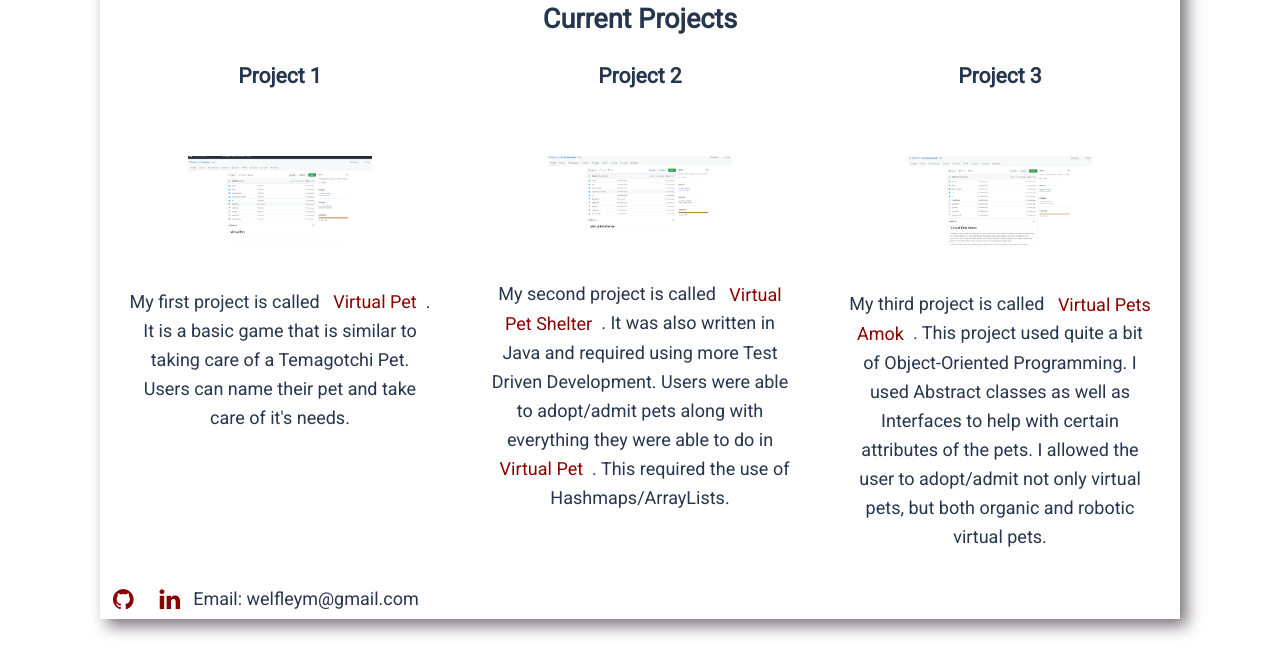
Repository: Matt1218/Matt1218.github.io
Page: index.html
An editor plug-in stored every save of this project. The page is shown before and after a run of saves, followed by the edit.
The browser window is 1280 px wide. The pictures show the part of the page from y = 565 to 1220 px (the page is 1220 px tall).
A picture or video elsewhere on the page could not be fetched, so the positions and the page height are approximate.

Above is the page before, as saved 2022-03-21 14:08:24.

### index.html
<!DOCTYPE html>
<html lang="en">

<head>
    <meta charset="UTF-8">
    <meta http-equiv="X-UA-Compatible" content="IE=edge">
    <meta name="viewport" content="width=device-width, initial-scale=1.0">
    <link rel="stylesheet" href="https://cdnjs.cloudflare.com/ajax/libs/font-awesome/4.7.0/css/font-awesome.min.css">
    <link rel="stylesheet" href="style.css">
    <title>Matt's Portfolio</title>
</head>

<body>
    <div class="container">
        <header class="page-header">
            <h1 id="header-logo">Matt Welfley</h1>
            <ul class="header-nav">
                <li>
                    <nav class="header-nav-item"><a href="#profile">About Me</a></nav>
                </li>
                <li>
                    <nav class="header-nav-item"><a href="#projects">Projects</a></nav>
                </li>
            </ul>
        </header>
        <section id="profile">

            <figure id="profile-image">
                <img src="./assets/Headshot (2).jpg" alt="A profile picture of me">
            </figure>
            <article class="bio">
                <h2>About Me:</h2>
                <p>I graduated from Kent State University with a Bachelor's of Arts Degree in Organizational
                    Communication. I enjoy backpacking, climbing, disc golf, and writing clean, functional code. I am
                    currently
                    based in Kent, Ohio. </p>
                <section class="skills">
                    <h2>Technical Skills:</h2>
                    <ul>
                        <li>Java</li>
                        <li>HTML</li>
                        <li>CSS</li>
                        <li>JavaScript</li>
                        <li>MVC</li>
                        <li>Spring</li>
                        <li>Thymeleaf</li>
                        <li>Object Oriented Programming</li>
                    </ul>
                </section>

            </article>

        </section>

        <h2 id="projects-title">Current Projects</h2>
        <section id="projects">
            <article class="projects-column">
                <h3 class="projects-column-title">Project 1</h3>
                <figure class="projects-column-figure">
                    <img src="./assets/VIrtualPetScreenshot.png" alt="VirtualPetScreenshot" class="projects-image-1">
                    <p>My first project is called <a href="https://github.com/Matt1218/VirtualPet">Virtual Pet</a>. It
                        is a
                        basic game that is similar to taking care of a Temagotchi Pet. Users can name their pet and take
                        care of it's needs.</p>
                </figure>
            </article>

            <article class="projects-column">
                <h3 class="projects-column-title">Project 2</h3>
                <figure class="projects-column-figure">
                    <img src="./assets/VirtualPetShelterScreenshot.png" alt="VirtualPetShelterScreenshot"
                        class="projects-image-2">
                    <p>My second project is called <a href="https://github.com/Matt1218/VirtualPetShelter">Virtual Pet
                            Shelter</a>. It was also written in Java and required using more Test Driven Development.
                        Users
                        were able to adopt/admit pets along with everything they were able to do in <a
                            href="https://github.com/Matt1218/VirtualPet">Virtual Pet</a>. This required the use of
                        Hashmaps/ArrayLists.</p>
                </figure>
            </article>
            <article class="projects-column">
                <h3 class="projects-column-title">Project 3</h3>
                <figure class="projects-column-figure">
                    <img src="./assets/VirtualPetsAmokScreenshot.png" alt="VirtualPetsAmokScreenshot"
                        class="projects-image-3">
                    <p>My third project is called <a href="https://github.com/Matt1218/VirtualPetsAmok">Virtual Pets
                            Amok</a>. This project used quite a bit of Object-Oriented Programming. I used Abstract
                        classes
                        as well as Interfaces to help with certain attributes of the pets. I allowed the user to
                        adopt/admit
                        not only virtual pets, but both organic and robotic virtual pets.</p>
                </figure>
            </article>
        </section>

        <footer id="footer">
            <a href="https://github.com/Matt1218" class="fa fa-github"></a>
            <a href="https://www.linkedin.com/in/matt-welfley" class="fa fa-linkedin"></a>
            <span>Email: welfleym@gmail.com</span>
        </footer>
    </div>
</body>

</html>

### style.css
@import url('https://fonts.googleapis.com/css2?family=Roboto');

* {
    box-sizing: border-box;
    margin: 0;
    padding: 0;
}

html {
    color: rgb(38, 54, 78);
    font: 18px/1.618 sans-serif;
    font-family: 'Roboto', sans-serif;
}

a {
    color: darkred;
    padding: .25rem .5rem;
    text-decoration: none;
}

.container {
    background-color: white;
    margin: 2rem auto;
    max-width: 60rem;
    width: 90%;
    -webkit-box-shadow: 7px 7px 15px 0px rgba(122, 115, 122, 1);
    -moz-box-shadow: 7px 7px 15px 0px rgba(122, 115, 122, 1);
    box-shadow: 7px 7px 15px 0px rgba(122, 115, 122, 1);
}

.page-header {
    display: flex;
    align-items: center;
    justify-content: space-between;
}

#header-logo {
    margin-left: 1.5rem;
    font-style: bold;
}

.header-nav {
    display: flex;
    list-style-type: none;
}

.header-nav-item {
    list-style-type: none;
    margin: 1rem;
}

.header-nav-item:hover {
    background-color: grey;
    border: .5px solid rgb(38, 54, 78);
    border-radius: .5rem;
    transition: .5s;
}

#profile {
    display: flex;
    justify-content: space-between;
}

#profile img {
    width: 70%;
    margin: 1rem;
    height: auto;
    border-radius: 5px;

}

#projects img {
    width: 60%;
    margin: 2rem;
}

.bio {
    display: flex;
    flex-direction: column;
    margin: .5rem 3rem;
}

.skills {
    margin-top: 1rem;
}


#projects-title{
    text-align: center;
    margin: 1rem;
}

#projects{
    display: grid;
    grid-template-columns: 1fr 1fr 1fr;
}

.projects-column-title{
    text-align: center;
}

.projects-column-figure{
    text-align: center;
    margin: 1.5rem;
}

#footer{
    display: flex;
    align-items:center
}

#footer a {
    font-size: x-large;
    margin: 4px;
}

After the next 2 saves:
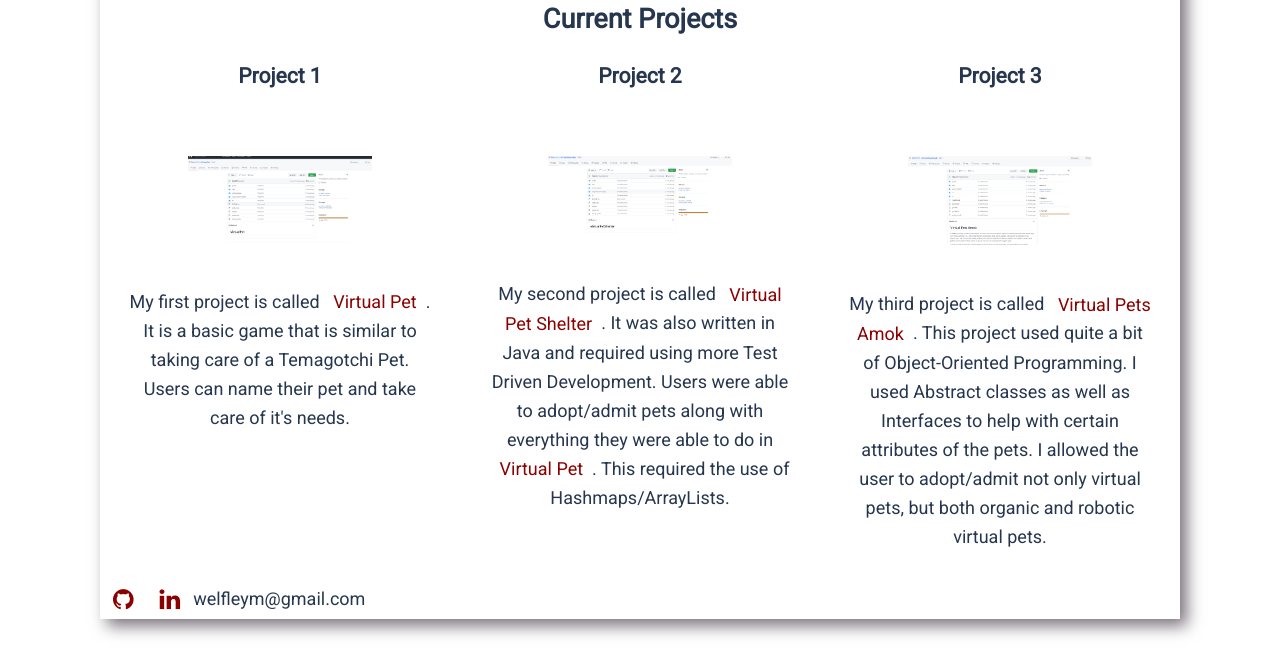
The 2 saves are shown as one change because they came seconds apart.
The last was saved 14 s later.
--- a/index.html
+++ b/index.html
@@ -96,7 +96,7 @@
         <footer id="footer">
             <a href="https://github.com/Matt1218" class="fa fa-github"></a>
             <a href="https://www.linkedin.com/in/matt-welfley" class="fa fa-linkedin"></a>
-            <span>Email: welfleym@gmail.com</span>
+            <span>welfleym@gmail.com</span>
         </footer>
     </div>
 </body>
